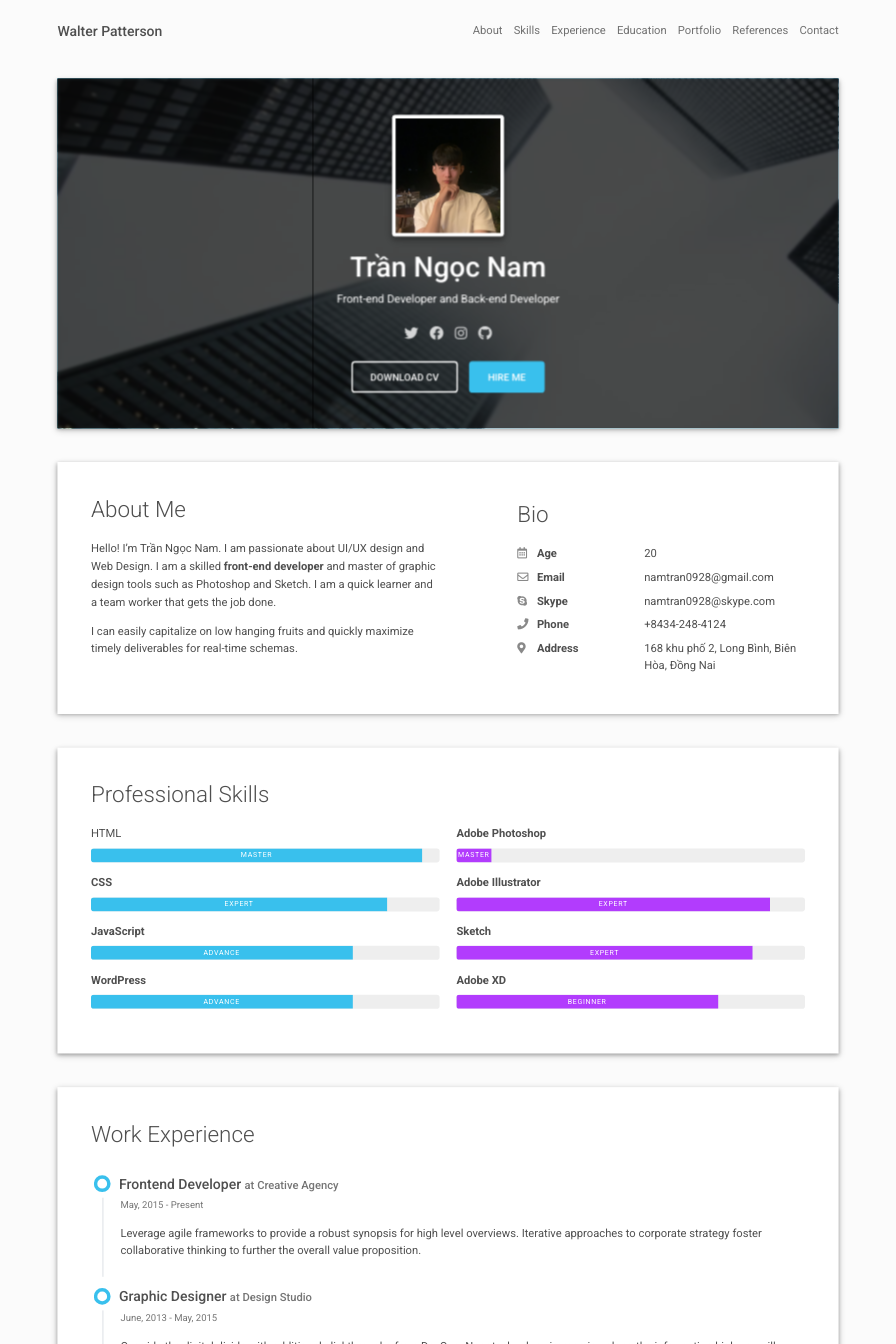
Repository: Namtran3107/CV
Page: index.html
An editor plug-in stored every save of this project. The page is shown before and after the next save, followed by the edit.
The browser window is 1280 px wide. The pictures show the part of the page from y = 0 to 1920 px (the page is 5347 px tall), at 70% of full size.

Above is the page before, as saved 2023-03-05 20:44:33.

### index.html
<!DOCTYPE html>
<html lang="en-US">
  <head>
    <meta charset="UTF-8">
    <meta http-equiv="X-UA-Compatible" content="IE=edge">
    <meta name="viewport" content="width=device-width, initial-scale=1">
    <title>Material Resume</title>
    <link rel="preconnect" href="https://fonts.gstatic.com" crossorigin="crossorigin"/>
    <link rel="preload" as="style" href="https://fonts.googleapis.com/css2?family=Poppins:wght@600&amp;family=Roboto:wght@300;400;500;700&amp;display=swap"/>
    <link rel="stylesheet" href="https://fonts.googleapis.com/css2?family=Poppins:wght@600&amp;family=Roboto:wght@300;400;500;700&amp;display=swap" media="print" onload="this.media='all'"/>
    <noscript>
      <link rel="stylesheet" href="https://fonts.googleapis.com/css2?family=Poppins:wght@600&amp;family=Roboto:wght@300;400;500;700&amp;display=swap"/>
    </noscript>
    <link href="css/font-awesome/css/all.min.css?ver=1.2.1" rel="stylesheet">
    <link href="css/mdb.min.css?ver=1.2.1" rel="stylesheet">
    <link href="css/aos.css?ver=1.2.1" rel="stylesheet">
    <link href="css/main.css?ver=1.2.1" rel="stylesheet">
    <noscript>
      <style type="text/css">
        [data-aos] {
            opacity: 1 !important;
            transform: translate(0) scale(1) !important;
        }
      </style>
    </noscript>
  </head>
  <body class="bg-light" id="top">
    <header class="d-print-none">
      <div class="container text-center text-lg-left">
        <div class="pt-4 clearfix">
          <h1 class="site-title mb-0">Walter Patterson</h1>
          <div class="site-nav">
            <nav role="navigation">
              <ul class="nav justify-content-center">
                <li class="nav-item"><a class="nav-link" href="#about" title="About"><span class="menu-title">About</span></a>
                </li>
                <li class="nav-item"><a class="nav-link" href="#skills" title="Skills"><span class="menu-title">Skills</span></a>
                </li>
                <li class="nav-item"><a class="nav-link" href="#experience" title="Experience"><span class="menu-title">Experience</span></a>
                </li>
                <li class="nav-item"><a class="nav-link" href="#education" title="Education"><span class="menu-title">Education</span></a>
                </li>
                <li class="nav-item"><a class="nav-link" href="#portfolio" title="Portfolio"><span class="menu-title">Portfolio</span></a>
                </li>
                <li class="nav-item"><a class="nav-link" href="#references" title="References"><span class="menu-title">References</span></a>
                </li>
                <li class="nav-item"><a class="nav-link" href="#contact" title="Contact"><span class="menu-title">Contact</span></a>
                </li>
              </ul>
            </nav>
          </div>
        </div>
      </div>
    </header>
    <div class="page-content">
      <div class="container">
<div class="resume-container">
  <div class="shadow-1-strong bg-white my-5" id="intro">
    <div class="bg-info text-white">
      <div class="cover bg-image"><img src="images/header-background.jpg"/>
        <div class="mask" style="background-color: rgba(0, 0, 0, 0.7);backdrop-filter: blur(2px);">
          <div class="text-center p-5">
            <div class="avatar p-1"><img class="img-thumbnail shadow-2-strong" src="./images/IMG_2092.JPG" width="160" height="160"/></div>
            <div class="header-bio mt-3">
              <div data-aos="zoom-in" data-aos-delay="0">
                <h2 class="h1">Trần Ngọc Nam</h2>
                <p>Front-end Developer and Back-end Developer</p>
              </div>
              <div class="header-social mb-3 d-print-none" data-aos="zoom-in" data-aos-delay="200">
                <nav role="navigation">
                  <ul class="nav justify-content-center">
                    <li class="nav-item"><a class="nav-link" href="https://twitter.com/templateflip" title="Twitter"><i class="fab fa-twitter"></i><span class="menu-title sr-only">Twitter</span></a>
                    </li>
                    <li class="nav-item"><a class="nav-link" href="https://www.facebook.com/templateflip" title="Facebook"><i class="fab fa-facebook"></i><span class="menu-title sr-only">Facebook</span></a>
                    </li>
                    <li class="nav-item"><a class="nav-link" href="https://www.instagram.com/templateflip" title="Instagram"><i class="fab fa-instagram"></i><span class="menu-title sr-only">Instagram</span></a>
                    </li>
                    <li class="nav-item"><a class="nav-link" href="https://github.com/templateflip" title="Github"><i class="fab fa-github"></i><span class="menu-title sr-only">Github</span></a>
                    </li>
                  </ul>
                </nav>
              </div>
              <div class="d-print-none"><a class="btn btn-outline-light btn-lg shadow-sm mt-1 me-3" href="material-resume.pdf" data-aos="fade-right" data-aos-delay="700">Download CV</a><a class="btn btn-info btn-lg shadow-sm mt-1" href="#contact" data-aos="fade-left" data-aos-delay="700">Hire Me</a></div>
            </div>
          </div>
        </div>
      </div>
    </div>
  </div>
  <div class="shadow-1-strong bg-white my-5 p-5" id="about">
    <div class="about-section">
      <div class="row">
        <div class="col-md-6">
          <h2 class="h2 fw-light mb-4">About Me</h2>
          <p>Hello! I’m Trần Ngọc Nam. I am passionate about UI/UX design and Web Design. I am a skilled <strong>front-end developer</strong> and master of graphic design tools such as Photoshop and Sketch. I am a quick learner and a team worker that gets the job done.</p>
          <p>I can easily capitalize on low hanging fruits and quickly maximize timely deliverables for real-time schemas.</p>
        </div>
        <div class="col-md-5 offset-lg-1">
          <div class="row mt-2">
            <h2 class="h2 fw-light mb-4">Bio</h2>
            <div class="col-sm-5">
              <div class="pb-2 fw-bolder"><i class="far fa-calendar-alt pe-2 text-muted" style="width:24px;opacity:0.85;"></i> Age</div>
            </div>
            <div class="col-sm-7">
              <div class="pb-2">20</div>
            </div>
            <div class="col-sm-5">
              <div class="pb-2 fw-bolder"><i class="far fa-envelope pe-2 text-muted" style="width:24px;opacity:0.85;"></i> Email</div>
            </div>
            <div class="col-sm-7">
              <div class="pb-2">namtran0928@gmail.com</div>
            </div>
            <div class="col-sm-5">
              <div class="pb-2 fw-bolder"><i class="fab fa-skype pe-2 text-muted" style="width:24px;opacity:0.85;"></i> Skype</div>
            </div>
            <div class="col-sm-7">
              <div class="pb-2">namtran0928@skype.com</div>
            </div>
            <div class="col-sm-5">
              <div class="pb-2 fw-bolder"><i class="fas fa-phone pe-2 text-muted" style="width:24px;opacity:0.85;"></i> Phone</div>
            </div>
            <div class="col-sm-7">
              <div class="pb-2">+8434-248-4124</div>
            </div>
            <div class="col-sm-5">
              <div class="pb-2 fw-bolder"><i class="fas fa-map-marker-alt pe-2 text-muted" style="width:24px;opacity:0.85;"></i> Address</div>
            </div>
            <div class="col-sm-7">
              <div class="pb-2">168 khu phố 2, Long Bình, Biên Hòa, Đồng Nai</div>
            </div>
          </div>
        </div>
      </div>
    </div>
  </div>
  <div class="shadow-1-strong bg-white my-5 p-5" id="skills">
    <div class="skills-section">
      <h2 class="h2 fw-light mb-4">Professional Skills</h2>
      <div class="row">
        <div class="col-md-6">
          <div class="mb-3"><span class="Node-js">HTML</span>
            <div class="progress my-2 rounded" style="height: 20px">
              <div class="progress-bar bg-info" role="progressbar" data-aos="zoom-in-right" data-aos-delay="100" data-aos-anchor=".skills-section" style="width: 95%;" aria-valuenow="95" aria-valuemin="0" aria-valuemax="100">Master</div>
            </div>
          </div>
          <div class="mb-3"><span class="fw-bolder">CSS</span>
            <div class="progress my-2 rounded" style="height: 20px">
              <div class="progress-bar bg-info" role="progressbar" data-aos="zoom-in-right" data-aos-delay="200" data-aos-anchor=".skills-section" style="width: 85%" aria-valuenow="85" aria-valuemin="0" aria-valuemax="100">Expert</div>
            </div>
          </div>
          <div class="mb-3"><span class="fw-bolder">JavaScript</span>
            <div class="progress my-2 rounded" style="height: 20px">
              <div class="progress-bar bg-info" role="progressbar" data-aos="zoom-in-right" data-aos-delay="300" data-aos-anchor=".skills-section" style="width: 75%" aria-valuenow="75" aria-valuemin="0" aria-valuemax="100">Advance</div>
            </div>
          </div>
          <div class="mb-3"><span class="fw-bolder">WordPress</span>
            <div class="progress my-2 rounded" style="height: 20px">
              <div class="progress-bar bg-info" role="progressbar" data-aos="zoom-in-right" data-aos-delay="300" data-aos-anchor=".skills-section" style="width: 75%" aria-valuenow="75" aria-valuemin="0" aria-valuemax="100">Advance</div>
            </div>
          </div>
        </div>
        <div class="col-md-6">
          <div class="mb-3"><span class="fw-bolder">Adobe Photoshop</span>
            <div class="progress my-2 rounded" style="height: 20px">
              <div class="progress-bar bg-secondary" role="progressbar" data-aos="zoom-in-right" data-aos-delay="400" data-aos-anchor=".skills-section" style="width: 10%" aria-valuenow="95" aria-valuemin="0" aria-valuemax="100">Master</div>
            </div>
          </div>
          <div class="mb-3"><span class="fw-bolder">Adobe Illustrator</span>
            <div class="progress my-2 rounded" style="height: 20px">
              <div class="progress-bar bg-secondary" role="progressbar" data-aos="zoom-in-right" data-aos-delay="400" data-aos-anchor=".skills-section" style="width: 90%" aria-valuenow="90" aria-valuemin="0" aria-valuemax="100">Expert</div>
            </div>
          </div>
          <div class="mb-3"><span class="fw-bolder">Sketch</span>
            <div class="progress my-2 rounded" style="height: 20px">
              <div class="progress-bar bg-secondary" role="progressbar" data-aos="zoom-in-right" data-aos-delay="500" data-aos-anchor=".skills-section" style="width: 85%" aria-valuenow="85" aria-valuemin="0" aria-valuemax="100">Expert</div>
            </div>
          </div>
          <div class="mb-3"><span class="fw-bolder">Adobe XD</span>
            <div class="progress my-2 rounded" style="height: 20px">
              <div class="progress-bar bg-secondary" role="progressbar" data-aos="zoom-in-right" data-aos-delay="600" data-aos-anchor=".skills-section" style="width: 75%" aria-valuenow="75" aria-valuemin="0" aria-valuemax="100">Beginner</div>
            </div>
          </div>
        </div>
      </div>
    </div>
  </div>
  <div class="shadow-1-strong bg-white my-5 p-5" id="experience">
    <div class="work-experience-section">
      <h2 class="h2 fw-light mb-4">Work Experience</h2>
      <div class="timeline">
        <div class="timeline-card timeline-card-info" data-aos="fade-in" data-aos-delay="0">
          <div class="timeline-head px-4 pt-3">
            <div class="h5">Frontend Developer <span class="text-muted h6">at Creative Agency</span></div>
          </div>
          <div class="timeline-body px-4 pb-4">
            <div class="text-muted text-small mb-3">May, 2015 - Present</div>
            <div>Leverage agile frameworks to provide a robust synopsis for high level overviews. Iterative approaches to corporate strategy foster collaborative thinking to further the overall value proposition.</div>
          </div>
        </div>
        <div class="timeline-card timeline-card-info" data-aos="fade-in" data-aos-delay="200">
          <div class="timeline-head px-4 pt-3">
            <div class="h5">Graphic Designer <span class="text-muted h6">at Design Studio</span></div>
          </div>
          <div class="timeline-body px-4 pb-4">
            <div class="text-muted text-small mb-3">June, 2013 - May, 2015</div>
            <div>Override the digital divide with additional clickthroughs from DevOps. Nanotechnology immersion along the information highway will close the loop on focusing solely on the bottom line.</div>
          </div>
        </div>
        <div class="timeline-card timeline-card-info" data-aos="fade-in" data-aos-delay="400">
          <div class="timeline-head px-4 pt-3">
            <div class="h5">Junior Web Developer <span class="text-muted h6">at Indie Studio</span></div>
          </div>
          <div class="timeline-body px-4 pb-4">
            <div class="text-muted text-small mb-3">Jan, 2011 - May, 2013</div>
            <div>User generated content in real-time will have multiple touchpoints for offshoring. Organically grow the holistic world view of disruptive innovation via workplace diversity and empowerment.</div>
          </div>
        </div>
      </div>
    </div>
  </div>
  <div class="shadow-1-strong bg-white my-5 p-5" id="education">
    <div class="education-section">
      <h2 class="h2 fw-light mb-4">Education</h2>
      <div class="timeline">
        <div class="timeline-card timeline-card-success" data-aos="fade-in" data-aos-delay="0">
          <div class="timeline-head px-4 pt-3">
            <div class="h5">Masters in Information Technology <span class="text-muted h6">from International University</span>          </div>
          </div>
          <div class="timeline-body px-4 pb-4">
            <div class="text-muted text-small mb-3">2011 - 2013</div>
            <div>Leverage agile frameworks to provide a robust synopsis for high level overviews. Iterative approaches to corporate strategy foster collaborative thinking to further the overall value proposition.</div>
          </div>
        </div>
        <div class="timeline-card timeline-card-success" data-aos="fade-in" data-aos-delay="200">
          <div class="timeline-head px-4 pt-3">
            <div class="h5">Bachelor of Computer Science <span class="text-muted h6">from Regional College</span>          </div>
          </div>
          <div class="timeline-body px-4 pb-4">
            <div class="text-muted text-small mb-3">2007 - 2011</div>
            <div>Override the digital divide with additional clickthroughs from DevOps. Nanotechnology immersion along the information highway will close the loop on focusing solely on the bottom line.</div>
          </div>
        </div>
        <div class="timeline-card timeline-card-success" data-aos="fade-in" data-aos-delay="400">
          <div class="timeline-head px-4 pt-3">
            <div class="h5">Science and Mathematics <span class="text-muted h6">from Mt. High Scool</span>          </div>
          </div>
          <div class="timeline-body px-4 pb-4">
            <div class="text-muted text-small mb-3">1995 - 2007</div>
            <div>User generated content in real-time will have multiple touchpoints for offshoring. Organically grow the holistic world view of disruptive innovation via workplace diversity and empowerment.</div>
          </div>
        </div>
      </div>
    </div>
  </div>
  <div class="shadow-1-strong bg-white my-5 p-5 d-print-none" id="portfolio">
    <div class="portfolio-section">
      <h2 class="h2 fw-light mb-4">Portfolio</h2>
      <div class="row g-0">
        <div class="col-md-6"><a href="https://dribbble.com/" target="_blank"><img class="img-fluid" src="images/project-1.jpg" width="800" height="500"/></a></div>
        <div class="col-md-6 d-flex align-items-center" data-aos="fade-left" data-aos-delay="100">
          <div class="m-4 mt-md-2">
            <p class="text-teal text-small">Frontend / HTML / CSS / JavaScript</p>
            <h3>Photo Agency Website</h3>
            <p class="text-muted">Built highly performant website front end for a Photography agency. Delivered codebase in HTML, CSS and modern JavaScript.</p>
          </div>
        </div>
      </div>
      <div class="row g-0 portfolio-reverse">
        <div class="col-md-6 d-flex align-items-center" data-aos="fade-right" data-aos-delay="100">
          <div class="m-4 mt-md-2 text-end">
            <p class="text-teal text-small">Graphic Design / Photoshop / Sketch</p>
            <h3>Restaurant Website Design</h3>
            <p class="text-muted">Web design for popular resturant chain involving complex layouts done in both Photoshop and Sketch. Collaborated with back-end and front-end team for finished product.</p>
          </div>
        </div>
        <div class="col-md-6"><a href="https://www.behance.net/" target="_blank"><img class="img-fluid" src="images/project-2.jpg" width="800" height="500"/></a></div>
      </div>
      <div class="row g-0">
        <div class="col-md-6"><a href="https://dribbble.com/" target="_blank"><img class="img-fluid" src="images/project-3.jpg" width="800" height="500"/></a></div>
        <div class="col-md-6 d-flex align-items-center" data-aos="fade-left" data-aos-delay="100">
          <div class="m-4 mt-md-2">
            <p class="text-teal text-small">Frontend / HTML / CSS / JavaScript</p>
            <h3>E-Commerce Website</h3>
            <p class="text-muted">Built highly performant website for an E-commerce Portal. Worked with back-end team to timely deliver codebase in HTML, CSS and modern JavaScript.</p>
          </div>
        </div>
      </div>
    </div>
  </div>
  <div class="shadow-1-strong bg-white my-5 p-5" id="references">
    <div class="reference-section">
      <h2 class="h2 fw-light mb-4">References</h2>
      <div class="row">
        <div class="col-md-6">
          <div class="d-flex mb-2">
            <div class="avatar"><img src="images/reference-image-1.jpg" width="60" height="60"/></div>
            <div class="header-bio m-3 mb-0">
              <h3 class="h6 mb-1" data-aos="fade-left" data-aos-delay="0">Aiyana</h3>
              <p class="text-muted text-small" data-aos="fade-left" data-aos-delay="100">CEO / Web Design Company</p>
            </div>
          </div>
          <div class="d-flex"><i class="text-secondary fas fa-quote-left"></i>
            <p class="lead mx-2" data-aos="fade-left" data-aos-delay="100">Walter displays exemplary professionalism and is able to take on challenges. He learns quickly and is an asset to any team.</p>
          </div>
        </div>
        <div class="col-md-6">
          <div class="d-flex mb-2">
            <div class="avatar"><img src="images/reference-image-2.jpg" width="60" height="60"/></div>
            <div class="header-bio m-3 mb-0">
              <h3 class="h6 mb-1" data-aos="fade-left" data-aos-delay="0">Alexander</h3>
              <p class="text-muted text-small" data-aos="fade-left" data-aos-delay="100">Front-end Developer / Web Design Company</p>
            </div>
          </div>
          <div class="d-flex"><i class="text-secondary fas fa-quote-left"></i>
            <p class="lead mx-2" data-aos="fade-left" data-aos-delay="100">Walter is a great co-worker and problem solver. He is quick to extend his helping hand and makes a good team player.</p>
          </div>
        </div>
      </div>
    </div>
  </div>
  <div class="shadow-1-strong bg-white my-5 p-5" id="contact">
    <div class="contant-section">
      <h2 class="h2 fw-light text mb-4">Contact</h2>
      <div class="row mb-4">
        <div class="col-md-5" data-aos="fade-left" data-aos-delay="200">
          <div class="mt-1">
            <div class="h6"><i class="fas fa-phone pe-2 text-muted" style="width:24px;opacity:0.85;"></i> +0718-111-0011</div>
            <div class="h6"><i class="far fa-envelope pe-2 text-muted" style="width:24px;opacity:0.85;"></i> walter@company.com</div>
          </div>
          <div class="mt-5 d-print-none"><form action="https://formspree.io/your@email.com"
    method="POST">
  <div class="form-outline mb-4">
    <input type="text" id="name" class="form-control" required/>
    <label class="form-label" for="name">Name</label>
  </div>
  <div class="form-outline mb-4">
    <input type="email" id="email" class="form-control" required/>
    <label class="form-label" for="email">Email address</label>
  </div>
  <div class="form-outline mb-4">
    <textarea class="form-control" style="resize: none;" id="message" rows="4" required></textarea>
    <label class="form-label" for="message">Message</label>
  </div>
  <button class="btn btn-info btn-block mb-4" type="submit">Send</button>
</form>
          </div>
        </div>
        <div class="col-md-7 d-print-none" data-aos="zoom-in" data-aos-delay="100"><iframe src="https://www.google.com/maps/embed?pb=!1m18!1m12!1m3!1d496.9774799129763!2d-73.98032087190995!3d40.765927126473905!2m3!1f0!2f0!3f0!3m2!1i1024!2i768!4f13.1!3m3!1m2!1s0x89c258f9cfcb250d%3A0xdb570ddcb766e3a8!2sNew%20York%20City%20Center!5e0!3m2!1sen!2sin!4v1614183731149!5m2!1sen!2sin" width="500" height="400" style="border:0;width:100%;" allowfullscreen="" loading="lazy"></iframe></div>
      </div>
    </div>
  </div>
</div></div>
    </div>
    <footer class="pt-4 pb-4 text-muted text-center d-print-none">
      <div class="container">
        <div class="my-3">
          <div class="h4">Walter Patterson</div>
          <div class="footer-nav">
            <nav role="navigation">
              <ul class="nav justify-content-center">
                <li class="nav-item"><a class="nav-link" href="https://twitter.com/templateflip" title="Twitter"><i class="fab fa-twitter"></i><span class="menu-title sr-only">Twitter</span></a>
                </li>
                <li class="nav-item"><a class="nav-link" href="https://www.facebook.com/templateflip" title="Facebook"><i class="fab fa-facebook"></i><span class="menu-title sr-only">Facebook</span></a>
                </li>
                <li class="nav-item"><a class="nav-link" href="https://www.instagram.com/templateflip" title="Instagram"><i class="fab fa-instagram"></i><span class="menu-title sr-only">Instagram</span></a>
                </li>
                <li class="nav-item"><a class="nav-link" href="https://github.com/templateflip" title="Github"><i class="fab fa-github"></i><span class="menu-title sr-only">Github</span></a>
                </li>
              </ul>
            </nav>
          </div>
        </div>
        <div class="text-small">
          <div class="mb-1">&copy; Material Resume. All rights reserved.</div>
          <div>Design - <a href="https://templateflip.com/" target="_blank">TemplateFlip</a></div>
        </div>
      </div>
    </footer>
    <script src="scripts/mdb.min.js?ver=1.2.1"></script>
    <script src="scripts/aos.js?ver=1.2.1"></script>
    <script src="scripts/main.js?ver=1.2.1"></script>
  </body>
</html>

Loaded but not shown: css/font-awesome/css/all.min.css (library); css/mdb.min.css (library); css/aos.css (library); scripts/mdb.min.js (library); scripts/aos.js (library); scripts/main.js (common file); css/main.css (142 lines, source omitted)

After the next save:
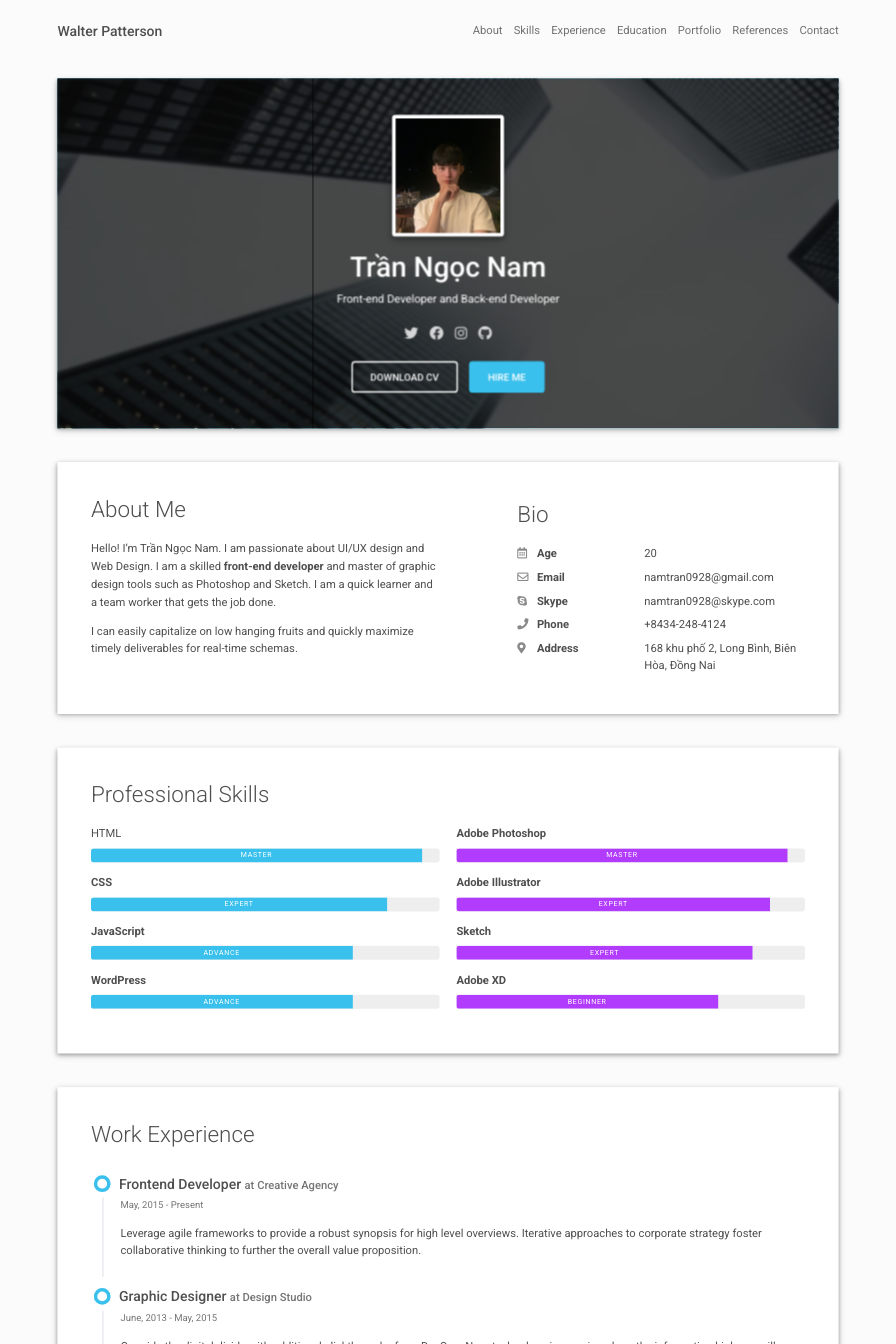
Saved 6 s later.
--- a/index.html
+++ b/index.html
@@ -162,7 +162,7 @@
         <div class="col-md-6">
           <div class="mb-3"><span class="fw-bolder">Adobe Photoshop</span>
             <div class="progress my-2 rounded" style="height: 20px">
-              <div class="progress-bar bg-secondary" role="progressbar" data-aos="zoom-in-right" data-aos-delay="400" data-aos-anchor=".skills-section" style="width: 10%" aria-valuenow="95" aria-valuemin="0" aria-valuemax="100">Master</div>
+              <div class="progress-bar bg-secondary" role="progressbar" data-aos="zoom-in-right" data-aos-delay="400" data-aos-anchor=".skills-section" style="width: 95%" aria-valuenow="95" aria-valuemin="0" aria-valuemax="100">Master</div>
             </div>
           </div>
           <div class="mb-3"><span class="fw-bolder">Adobe Illustrator</span>
